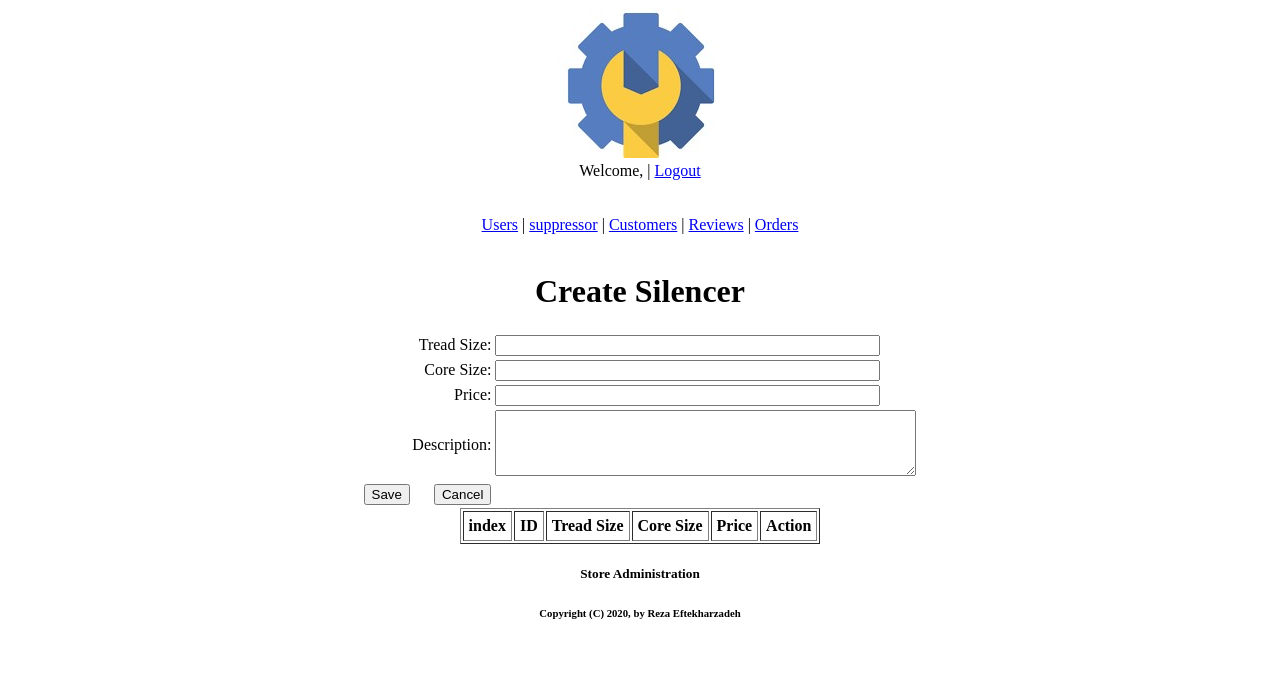
Repository: RezaEftekharzadeh/frey
Page: http://localhost/SilencerStoreProject/admin/silencer_form.jsp
An editor plug-in stored every save of this project. The page is shown before and after the next save, followed by the edit.
The browser window is 1280 px wide. The pictures show the whole page.
The page is served by Tomcat 9. Nobody is signed in. The application's start-up code is not run. Other server files are loaded and not shown. The template is opened directly, without the code that normally fills it, so the values that code supplies are empty.

Above is the page before, as saved 2020-08-21 08:53:51.

### SilencerStoreProject/WebContent/admin/silencer_form.jsp
<%@ page language="java" contentType="text/html; charset=ISO-8859-1"
    pageEncoding="ISO-8859-1"%>
     <%@ taglib prefix="c" uri="http://java.sun.com/jsp/jstl/core" %>
<!DOCTYPE html>
<html>
<head>
<meta charset="ISO-8859-1">
<title>Silencer </title>
</head>
<body>
<jsp:include page="header.jsp" />
&nbsp;&nbsp;&nbsp;&nbsp;&nbsp;&nbsp;

<div align="center">
		<c:if test = "${silencer != null}">
	     	<h1>Edit Silencer</h1>
	    </c:if>

	    <c:if test="${silencer.silencerId == null}">
	     	<h1>Create Silencer</h1>
	    </c:if>
    </div>

    <div align="center">
    <h4><i><p style="color:green;">${message}</p></i></h4>
	    <c:if test = "${silencer != null}">

		     	<form action="update_silencer" method="get" id="silencerForm">
		     	<input type="hidden" name = "silencerId" value= ${silencer.silencerId } >

		</c:if>

		<c:if test = "${silencer.silencerId == null}">

		     	<form action="create_silencer" method="post" id="silencerForm">

		</c:if>


    	<table >

    			<tr>
    				<td align="right">Tread Size:</td>
    				<td><input type="text" name="tread" id="tread" size="45" value= ${silencer.threadSize }>
    			</tr>
    			<tr>
    				<td align="right">Core Size:</td>
    				<td><input type="text" name="core" id="core" size="45"  value= ${silencer.coreSize }>
    			</tr>
    			<tr>
    				<td align="right">Price:</td>
    				<td><input type="text" name="price" id="price" size="45"  value= ${silencer.price }>
    			</tr>
    			<tr align="right">
    				<td>Description:</td>
    				<td><textarea id="description" name="description" rows="4" cols="50"></textarea></td>
    			</tr>
    			<tr>
    				<td align="center">
    					<button type="submit" >Save</button>
    					&nbsp;&nbsp;&nbsp;&nbsp;
    					<button onclick="javascript:history.go(-1);" >Cancel</button>
    				</td>
    			</tr>

    	 </table>

    	</form>

    </div>
	<!-- <div align="center" 11>


		<form action="create_silencer" method="post">

			Tread size:<input type="text" name="tread">
			<select>
				<option value>

			</select>

			<br/><br/>

			Core size: <input type="text" name="core">
			<select>
				<option value>

			</select>

			<br/><br/>

			price: <input type="text" name="price" size="10">

			<br/><br/>
			Description: <textarea id="w3review" name="description" rows="4" cols="50"></textarea>

			<br/><br/>

			<input type="submit" value="save">

		</form>

	</div> -->


	<div align="center">
		<table border="1" cellPadding="5" id="list">
			<tr>
				<th>index</th>
				<th>ID</th>
				<th>Tread Size</th>
				<th>Core Size</th>
				<th>Price</th>
				<th>Action</th>
			</tr>
			<c:forEach var="silencer" items="${listSilencer}" varStatus="status">
				<tr>
					<td>${status.index+1}</td>
					<td>${silencer.silencerId}</td>
					<td>${silencer.threadSize}</td>
					<td>${silencer.coreSize}</td>
					<td>${silencer.price}</td>
					<td>
						<a href="edit_silencer?id=${silencer.silencerId}">Edit</a>
						<a href="javascript:confirmDelete(${silencer.silencerId})">Delete</a>
					</td>
				</tr>
			</c:forEach>

		</table>

	</div>
	<jsp:include page="footer.jsp" />
	 <script>
		function confirmDelete(silencerId){

			if(confirm('Are you sure that want to delete ' + silencerId + '?')){

				window.location= 'delete_silencer?id='+ silencerId ;
			}

		}
	</script>
</body>
</html>

### SilencerStoreProject/WebContent/admin/header.jsp

<%@ taglib prefix="c" uri="http://java.sun.com/jsp/jstl/core" %>
<div align="center">

	<div >
		 <img src="../images/admin-page.jpg">
	</div>

	<div >
	  Welcome, <c:out value="${sessionScope.userEmail }"></c:out> | <a href="logout">Logout</a>
	</div>
	<br><br>

	<div>
		<a href="list_users">Users</a> |
		<a href="list_silencer">suppressor</a> |
		<a href="list_customers">Customers</a> |
		<a href="reviews">Reviews</a> |
		<a href="orders">Orders</a>
	</div>
</div>

### SilencerStoreProject/WebContent/admin/footer.jsp

<div align="center">

 <h5>Store Administration</h5>
 <h6> Copyright (C) 2020, by Reza Eftekharzadeh</h6>



</div>

After the next save:
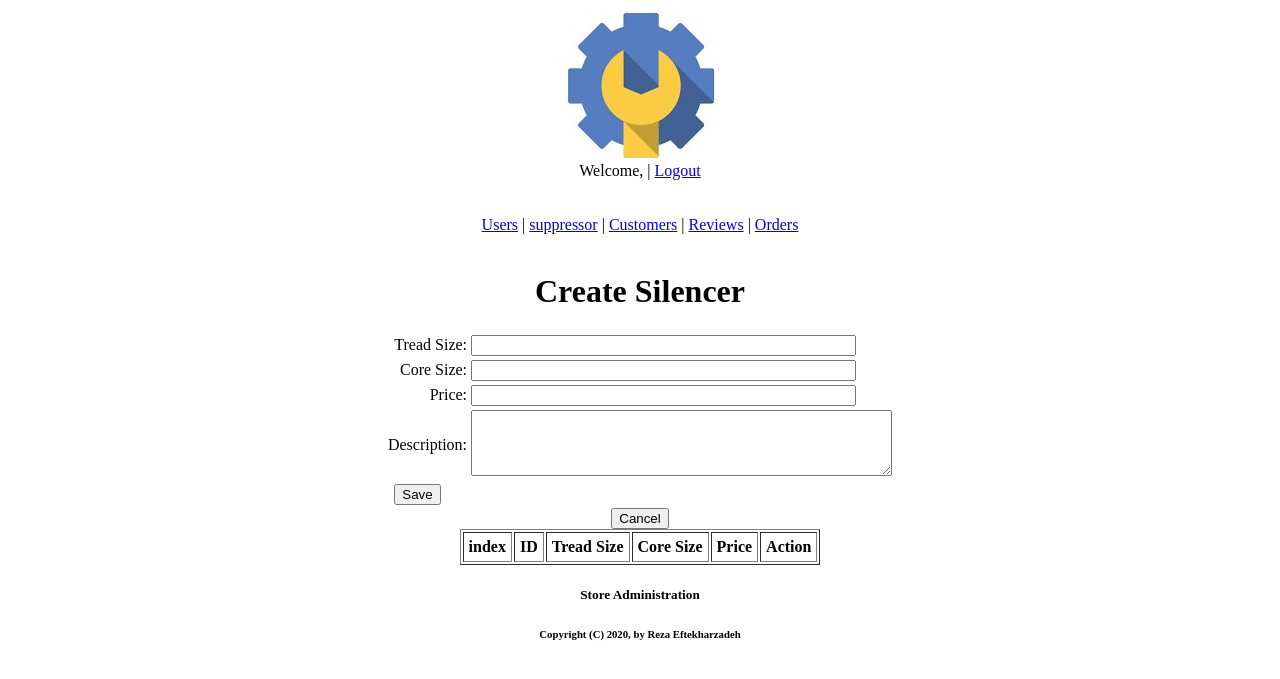
Saved 55 s later.
--- a/SilencerStoreProject/WebContent/admin/silencer_form.jsp
+++ b/SilencerStoreProject/WebContent/admin/silencer_form.jsp
@@ -59,13 +59,14 @@
     				<td align="center">
     					<button type="submit" >Save</button>
     					&nbsp;&nbsp;&nbsp;&nbsp;
-    					<button onclick="javascript:history.go(-1);" >Cancel</button>
+
     				</td>
     			</tr>
 
     	 </table>
 
     	</form>
+    	<button onclick="javascript:history.go(-1);" >Cancel</button>
 
     </div>
 	<!-- <div align="center" 11>
